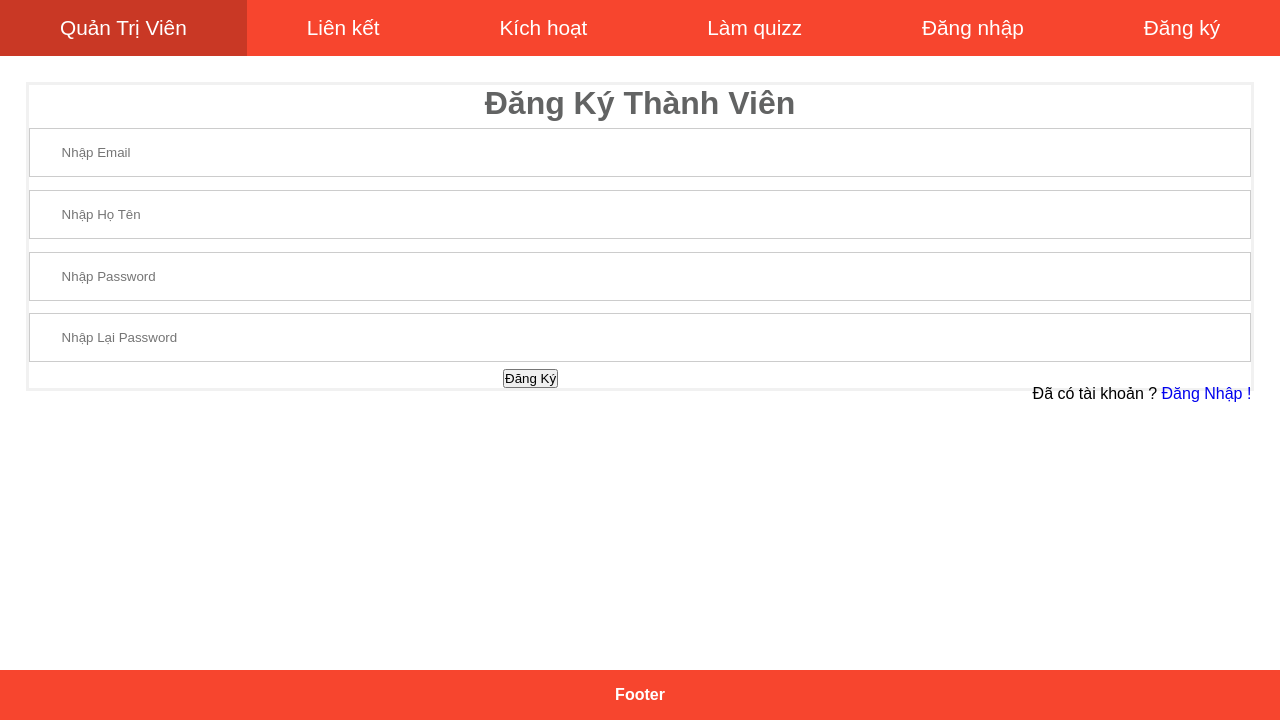
Repository: quytttb/quizz_web
Page: BTL/DangKy.html
These files come from the project's save history. The page is drawn as it stood at one moment and after the next save; the edit follows.
The browser window is 1280 px wide. The pictures show the whole page.

Above is the page before, as saved 2022-04-23 20:19:59.

After the next save:
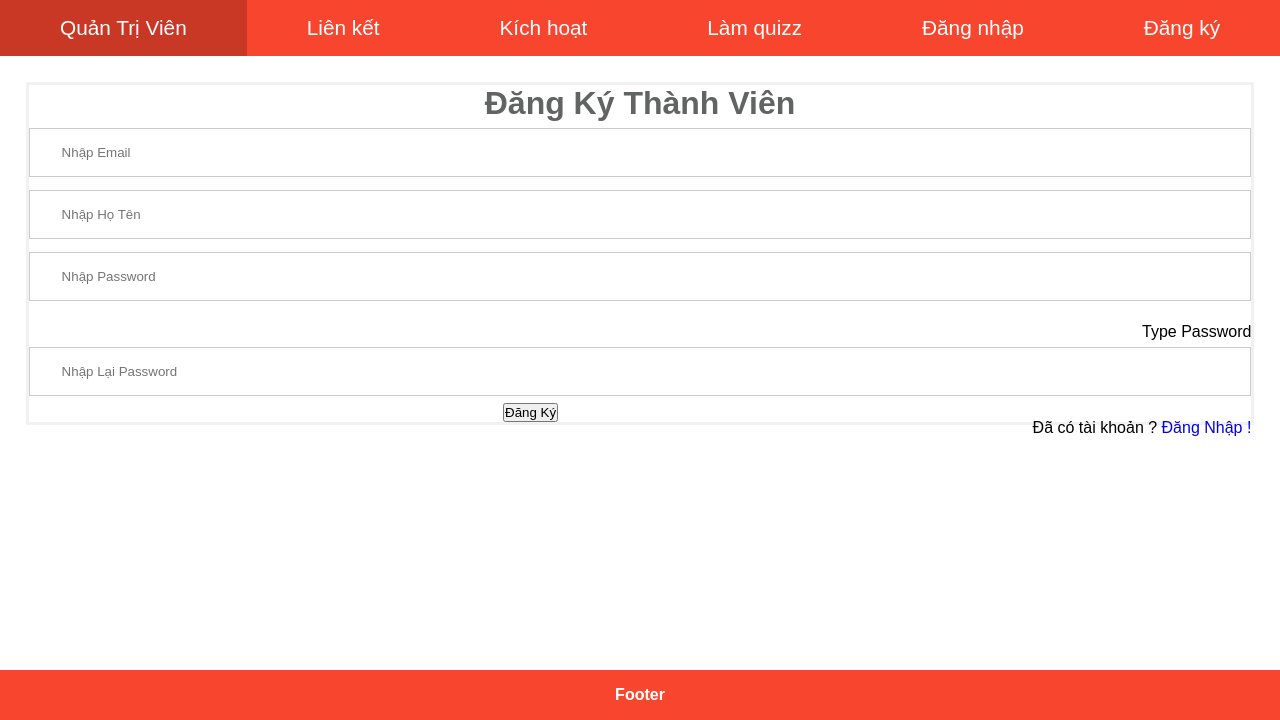
Saved 38 h 11 min later.
--- a/BTL/DangKy.html
+++ b/BTL/DangKy.html
@@ -35,6 +35,7 @@
             <input type="email" id="input_Email" name="input_Email" placeholder="Nhập Email" />
             <input type="text" id="input_Name" name="input_Name" placeholder="Nhập Họ Tên" />
             <input type="password" id="input_Password" name="input_Password" placeholder="Nhập Password" />
+            <span id="strength">Type Password</span>
             <input type="password" id="input_rePassword" name="input_rePassword" placeholder="Nhập Lại Password" />
             <button type="submit">Đăng Ký</button>
             <span>Đã có tài khoản ? <a href="DangNhap.html">Đăng Nhập !</a> </span>
